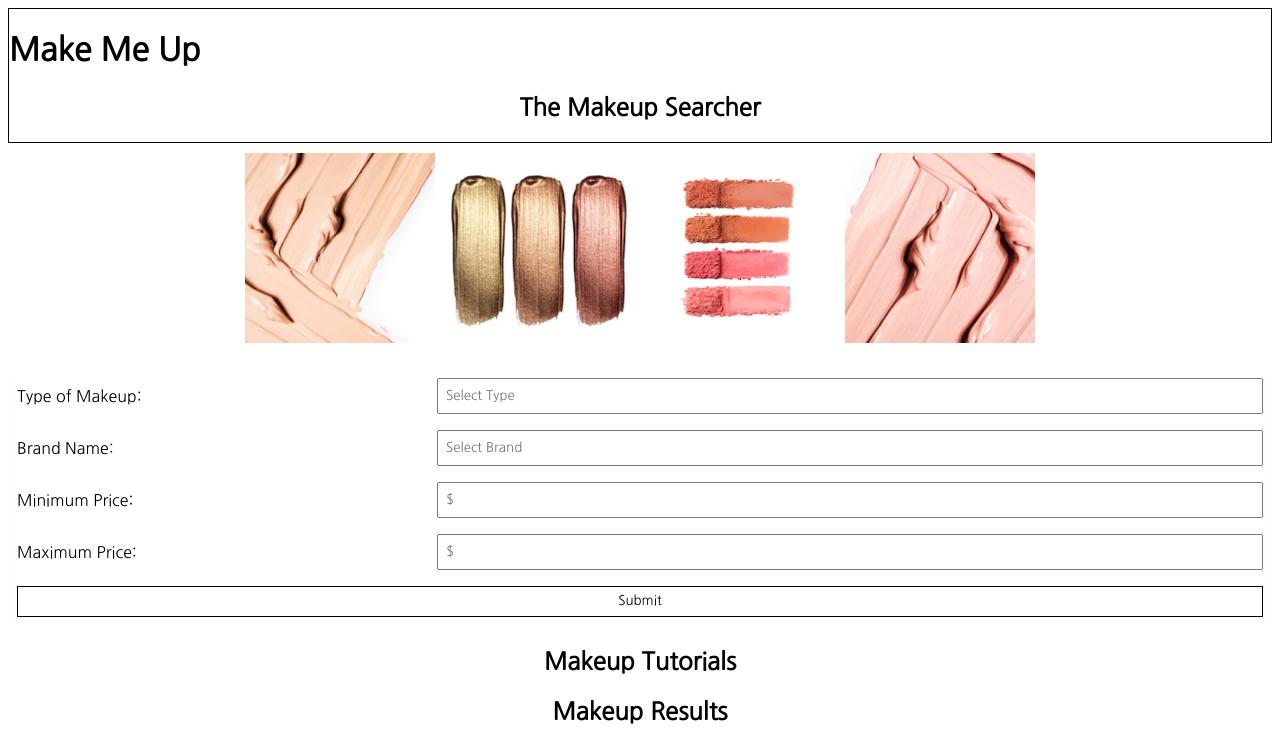
Repository: kaitlynMidori/MakeMeUp
Page: index.html
The author's editor kept a copy of each file at every save. The page is drawn from the files as they stood at one save, then again after a run of saves.
The browser window is 1280 px wide. The pictures show the whole page.

Above is the page before, as saved 2020-12-10 17:15:21.

### index.html
<!DOCTYPE html>
<html lang="en">

<head>
    <meta charset="utf-8">
    <meta name="viewport" content="width=device-width">
    <title>Make Me Up</title>
    <link href="style.css" rel="stylesheet" type="text/css" />
    <link rel="preconnect" href="https://fonts.gstatic.com">
    <link href="https://fonts.googleapis.com/css2?family=Nanum+Gothic&display=swap" rel="stylesheet">
</head>

<body>

    <header>
        <h1>Make Me Up</h1>
        <h2>The Makeup Searcher</h2>
    </header>

    <div id="img-container" class="img" style="padding: 5px;">
        <img src="images/smear1.png" alt="eyeshadow smear" height="200" width="200" style="padding: 5px;">
        <img src="images/smear2.png" alt="lipstick smear" height="200" width="200" style="padding: 5px;">
        <img src="images/smear4.jpg" alt="concealer smear" height="200" width="200" style="padding: 5px;">
        <img src="images/smear3.png" alt="blush smear" height="200" width="200" style="padding: 5px;">
    </div>

    <div class="form-container">
        <form id="js-form">
            <ul class="formWrapper">
                <li class= "form-row">
                    <label class="search-term" for="product-type">Type of Makeup:</label>
                    <input class="product-type input" type="text" name="product-type" id="product-type" placeholder="Select Type" list="product-type-list">
                    <datalist id="product-type-list">
                        <option value="Blush">
                        <option value="Bronzer">
                        <option value="Eyebrow">
                        <option value="Eyeliner">
                        <option value="Eyeshadow">
                        <option value="Foundation">
                        <option value="Lip Liner">
                        <option value="Lipstick">
                        <option value="Mascara">
                        <option value="Nail Polish">
                    </datalist>
                </li>

                <li class="form-row">
                    <label class="search-term" for="brand">Brand Name:</label>
                    <input class="brand input" type="text" name="brand" id="brand" placeholder="Select Brand" list="brand-list">
                    <datalist id="brand-list">
                        <option value="Almay">
                        <option value="Alva">
                        <option value="Anna Sui">
                        <option value="Annabelle">
                        <option value="Benefit">
                        <option value="Boosh">
                        <option value="Burt's Bees">
                        <option value="Butter London">
                        <option value="C'est Moi">
                        <option value="Cargo Cosmetics">
                        <option value="China Glaze">
                        <option value="Clinique">
                        <option value="Coastal Classic Creation">
                        <option value="Colourpop">
                        <option value="Covergirl">
                        <option value="Dalish">
                        <option value="Deciem">
                        <option value="Dior">
                        <option value="Dr. Hauschka">
                        <option value="e.l.f">
                        <option value="Essie">
                        <option value="Fenty">
                        <option value="Glossier">
                        <option value="Green People">
                        <option value="Iman">
                        <option value="L'oreal">
                        <option value="Lotus Cosmetics USA">
                        <option value="Maia's Mineral Galaxy">
                        <option value="Marcelle">
                        <option value="Marienatie">
                        <option value="Maybelline">
                        <option value="Milani">
                        <option value="Mineral Fusion">
                        <option value="Misa">
                        <option value="Mistura">
                        <option value="Moov">
                        <option value="Nudus">
                        <option value="NYX">
                        <option value="ORLY">
                        <option value="Pacifica">
                        <option value="Penny Lane Organics">
                        <option value="Physicians Formula">
                        <option value="Piggy Paint">
                        <option value="Pure Anada">
                        <option value="Rejuva Minerals">
                        <option value="Revlon">
                        <option value="Sally B's Skin Yummies">
                        <option value="Salon Perfect">
                        <option value="Sante">
                        <option value="Sinful Colours">
                        <option value="Smashbox">
                        <option value="Stila">
                        <option value="Suncoat">
                        <option value="w3llpeople">
                        <option value="wet n wild">
                        <option value="Zorah">
                        <option value="Zorah Biocosmetiques">
                    </datalist>
                </li>

                <li class="form-row">
                    <label class="search-term" for="min-price-input">Minimum Price:</label>
                    <input class="min-price input" type="number" name="min-price" id="min-price-input" placeholder="$">
                </li>

                <li class="form-row">
                    <label class="search-term" for="max-price-input">Maximum Price:</label>
                    <input class="max-price input" type="number" name="max-price" id="max-price-input" placeholder="$">
                </li>

                <li class="form-row">
                    <input id="submit-btn" type="submit" value="Submit">
                </li>
            </ul>
        </form>
    </div>


        <p id="js-error-message" class="error-message"></p>

        <section id="yt-results" class="hidden">
            <h2>Makeup Tutorials</h2>
            <ul id="yt-results-list">
            </ul>
        </section>
    <div id="results-container" class="hidden">
        <h2>Makeup Results</h2>
            <ul id="results-list">
            </ul>
    </div>

    <script src="https://code.jquery.com/jquery-3.3.1.js" integrity="sha256-2Kok7MbOyxpgUVvAk/HJ2jigOSYS2auK4Pfzbm7uH60=" crossorigin="anonymous"></script>
    <script src="script.js"></script>

</body>

</html>

### style.css
* {
    box-sizing: border-box;
}

hidden {
    display: none;
}

* {
    font-family: 'Nanum Gothic', sans-serif;
    color: black;
}

/* header styling */
header {
    background-color: white;
    border-style: solid;
    border-width: thin;
    border-color: black;
}

h2 {
    text-align: center;
}

/* Body styling */
body {
    background-color: white;
}

/* Image styling */

#img-container {
    display: flex;
    flex-direction: row;
    flex-wrap: nowrap;
    justify-content: center;
}

/* Form styling */
.formWrapper {
    background-color: white;
    list-style-type: none;
    padding: 0;
    border-style: solid;
    border-width: thin;
    border-color: #fbfefb;
}

.form-row {
    display: flex;
    justify-content: center;
    padding: .5em;
}

.form-row >label {
    padding: .5em 1em .5em 0;
    flex: 1;
}

.form-row > input {
    flex: 2;
}

.form-row > input,
.form-row > button {
    padding: .5em;
}

#submit-btn {
    background-color: white;
    color: black;
    border-style: solid;
    border-width: thin;
    border-color: black;


/* results styling */


#results-list{
    display: flex;
    flex-wrap: wrap;
    justify-content: center;
    font-size: 12px;
}

.each-product-result {
    padding-left: 7px;
    list-style-type: none;
    background-color: white;
    border: lightgray;
    border-style: solid;
    border-width: thin;
    width: 200px;
}

.each-product-result > .product-name {
    display: block;
    margin-right: auto;
    margin-left: auto;
    font-size: 12px;
    width: 160px;
}

.each-product-result > .product-img {
    display: block;
    border: white;
    border-style: solid;
    border-width: thin;
    margin-left: auto;
    margin-right: auto;
    height: 150px;
    width: 150px;
}

.each-product-result > .product-price {
    font-style: italic;
}

.each-product-result > .product-description {
    font-size: 12px;
    font-weight: lighter;
    width: 180px;
}

/* YouTube video Styling */

#yt-results-list {
    display: flex;
    flex-wrap: wrap;
    justify-content: center;
    font-size: 12px;
}

.each-yt-result {
    padding-left: 7px;
    list-style-type: none;
    background-color: white;
    border: lightgray;
    border-style: solid;
    border-width: thin;
    width: 200px;
}

.each-yt-result > .yt-title {
    display: block;
    margin-left: auto;
    margin-left: auto;
}

.each-yt-result > .yt-description {
    font-size: 12px;
    width: 180px;
}

.each-yt-result > .yt-thumbnails {
    display: block;
    border: white;
    border-style: solid;
    border-width: thin;
    margin-left: auto;
    margin-right: auto;
    height: 130px;
    width: 150px;
}

### script.js
 'use strict';

const makeupURL = 'https://makeup-api.herokuapp.com/api/v1/products.json';

//watch form
//prevent submit btn default
//collect values for user input
function watchForm() {
    $('form').submit(event => {
        event.preventDefault();
        const searchTerm = $('#product-type').val();
        const brand = $('#brand').val();
        const minPrice = $('#min-price-input').val();
        const maxPrice = $('#max-price-input').val();
        getMakeUp(searchTerm, brand, minPrice, maxPrice);
        getYoutubeVideo(searchTerm, brand);
    });
}

//format url
function formatQueryParams(params) {
    const queryItems = Object.keys(params)
        .map(key => `${encodeURIComponent(key)}=${encodeURIComponent(params[key])}`)
    return queryItems.join('&');
}

function getMakeUp(searchTerm, brand, minPrice, maxPrice) {
    const params = {
        product_type: searchTerm,
        brand: brand,
        price_greater_than: minPrice,
        price_less_than: maxPrice,
    };

    const queryString = formatQueryParams(params)
    const url = makeupURL + '?' + queryString;
    console.log(url);

    fetch(url)
        .then(response => {
            if (response.ok) {
                return response.json();
            }
            throw new Error(response.statusText);
        })
        .then(responseJson => displayResults(responseJson))
        .catch(err => {
            $('#js-error-message').text(`Something went wrong: ${err.message}`);
        });
}

function displayResults(responseJson) {
    // if there are previous results, remove them
    console.log(responseJson);
    $('#results-list').empty();

    //if there are no results, display a msg
    if (!Object.keys(responseJson).length) {
        $('#results-list').append(`<h2>Sorry, No Products Found For That Make-Up and/or Brand</h2>`);
    }
    // iterate through the items array
    for (let i = 0; i < responseJson.length; i++) {

        // for each makeup object in the items array, add a list item to the results
        //list with the full name, img, price, description, url
        $('#results-list').append(
            `<li class="each-product-result">
      <h3 class="product-name">${responseJson[i].name}</h3>
      <img class="product-img" src="${responseJson[i].image_link}">

      <br>

      <p class="product-price">$${responseJson[i].price}</p>
      <p class="product-description">${responseJson[i].description}</p>
      </li>`
        )
    };

    //display the results section
    $('#results').removeClass('hidden');

    //clear input after results load
    $('#product-type').val('')
    $('#brand').val('')
    $('#min-price-input').val('');
    $('#max-price-input').val('');
};

$(watchForm);

// *****************Youtube video portion**************************************

const youtubeURL = 'https://www.googleapis.com/youtube/v3/search';

function getYoutubeVideo(searchTerm, brand) {
 const params = {
    part:'snippet',
    key:'AIzaSyDLTkOknlkbRK8xtwwM4HzWWfjG2awJktI',
    q: searchTerm + brand + ' makeup',
    maxResults: 6,
    type: 'video',
    order: 'Relevance',
    safeSearch: 'strict',
    relevanceLanguage: 'en'
  };

  const queryString = formatQueryParams(params)
  const url = youtubeURL + '?' + queryString;
  console.log(url);

  fetch(url)
    .then(response => {
      if (response.ok) {
        return response.json();
      }
      throw new Error(response.statusText);
    })
    .then(responseJson => displayYoutubeResults(responseJson))
    .catch(err => {
      $('#js-error-message').text(`Something went wrong: ${err.message}`);
    });
}

function displayYoutubeResults(responseJson) {
  console.log(responseJson);

  $('#yt-results-list').empty();

  if(!Object.keys(responseJson.items).length){
    $('#yt-results-list').append(`<h2>Sorry, No Videos Found For That Make-Up and/or Brand</h2>`);
  }

  for (let i = 0; i < responseJson.items.length; i++){
    $('#yt-results-list').append(
      `<li class= "each-yt-result">
      <a href="https://www.youtube.com/watch?v=${responseJson.items[i].id.videoId}?vq=hd1080" target=_blank>
        <h3>${responseJson.items[i].snippet.title} class="yt-title"</h3>
      </a>
      <a href="https://www.youtube.com/watch?v=${responseJson.items[i].id.videoId}?vq=hd1080" class= "yt-thumbnails" target=_blank>
        <img src="${responseJson.items[i].snippet.thumbnails.default.url}">
      </a>

      <p>Channel: <a href="https://www.youtube.com/channel/${responseJson.items[i].snippet.channelId}" class="yt-channel" target=_blank>${responseJson.items[i].snippet.channelTitle}</a></p>

      <p>${responseJson.items[i].snippet.description}</p>

      </li>`)
  };

  $('#yt-results').removeClass('hidden');
};

After the next 2 saves:
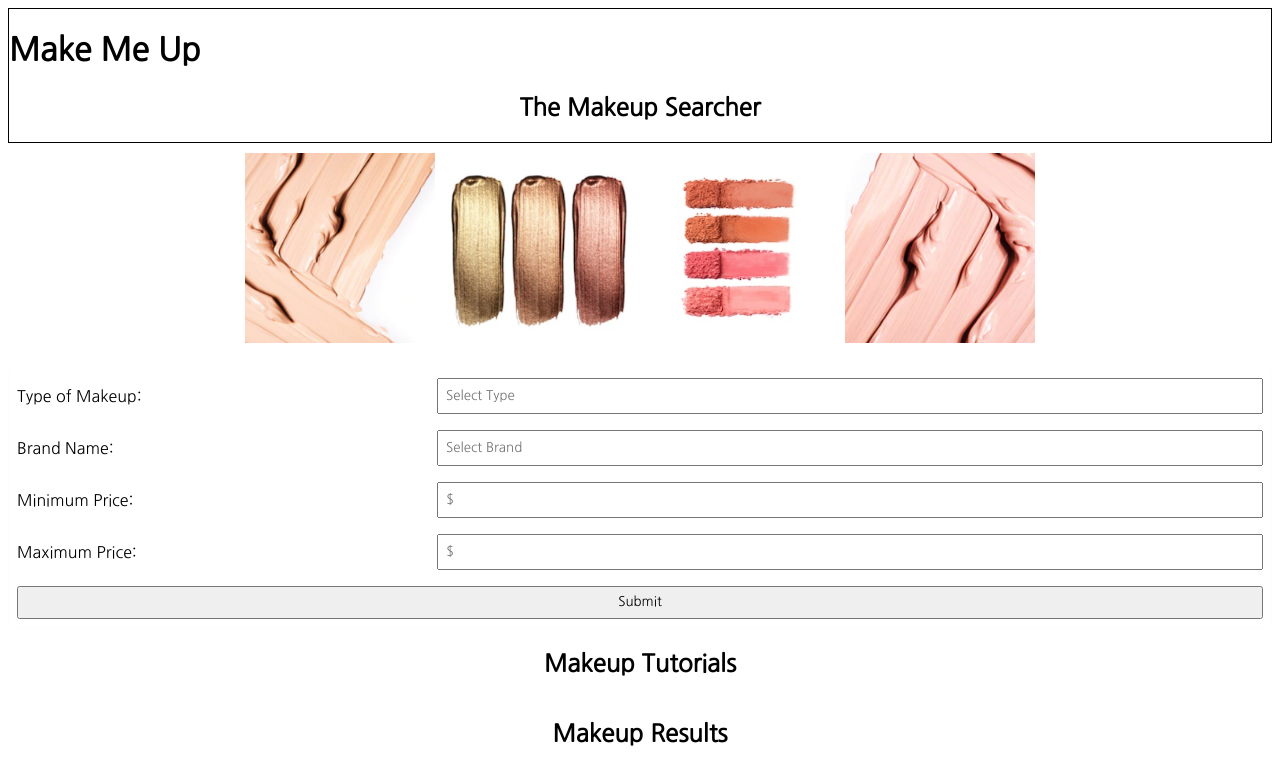
The 2 saves are shown as one change because they came seconds apart.
The last was saved 11 s later.
--- a/style.css
+++ b/style.css
@@ -67,13 +67,13 @@ body {
     padding: .5em;
 }
 
-#submit-btn {
+/* #submit-btn {
     background-color: white;
     color: black;
     border-style: solid;
     border-width: thin;
     border-color: black;
-
+} */
 
 /* results styling */
 
